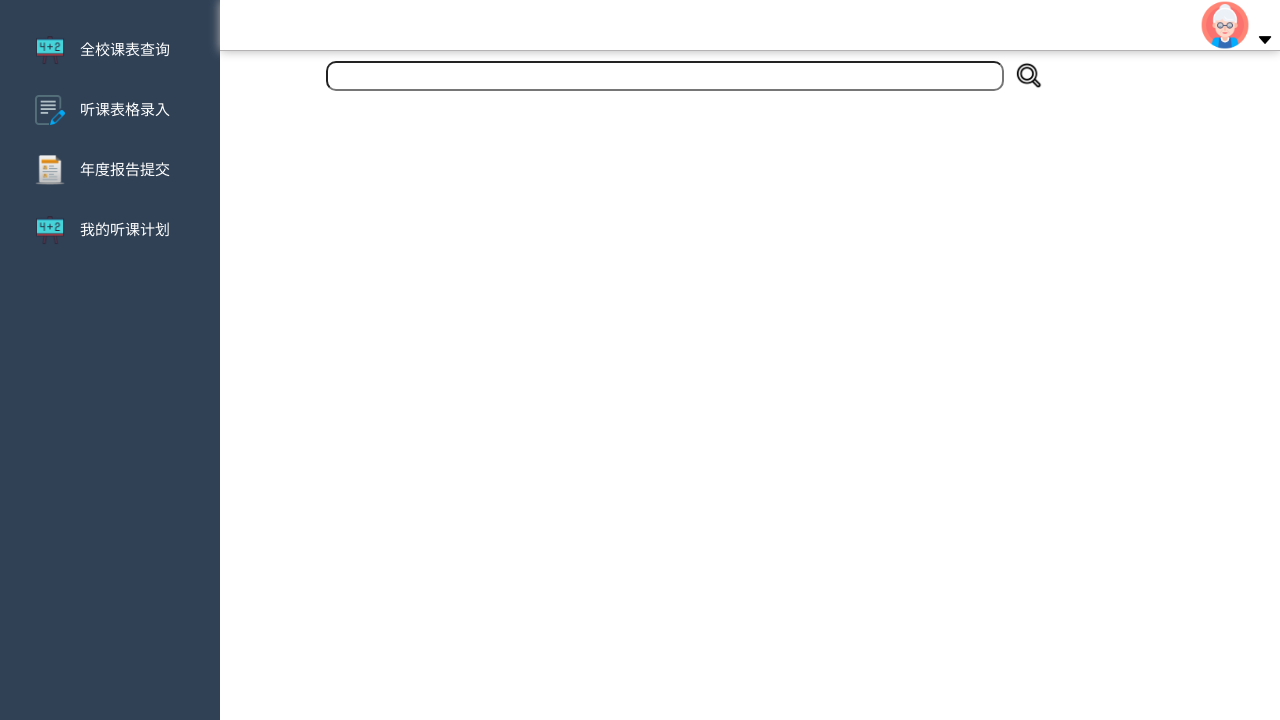
Repository: shandamengcheng/graduate-project
Page: /home
An editor plug-in stored every save of this project. The page is shown before and after the next save, followed by the edit.
The browser window is 1280 px wide. The pictures show the whole page.
The project was rebuilt for these pictures with package versions that can differ from the ones it lists, and the page was loaded fresh each time. Also part of the build but not shown: src/views/Login.vue, src/components/Record.vue, src/components/Report.vue, src/components/Plan.vue.

Above is the page before, as saved 2021-03-14 15:04:54.

After the next save:
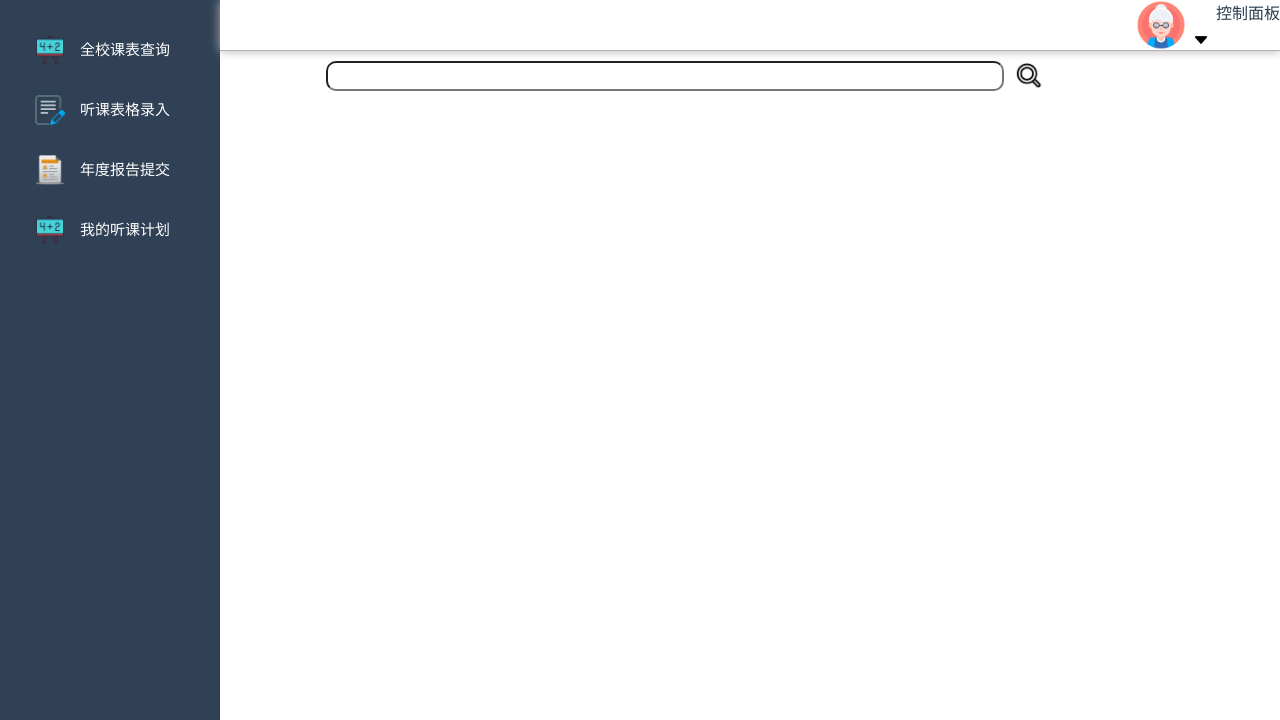
Saved 11 min 27 s later.
--- a/src/components/NavigationBar.vue
+++ b/src/components/NavigationBar.vue
@@ -6,6 +6,7 @@
       <li class="home" @click="navigateToPage('home')">Home</li>
       <li @click="navigateToPage('login')">Log Out</li>
     </ul>
+    <div class="title">控制面板</div>
   </div>
 </template>
 
@@ -68,4 +69,7 @@ export default {
 .home {
   border-bottom: 0.5px solid rgba(180, 178, 178, 0.5);
 }
+.title {
+  margin-left: 0;
+}
 </style>
